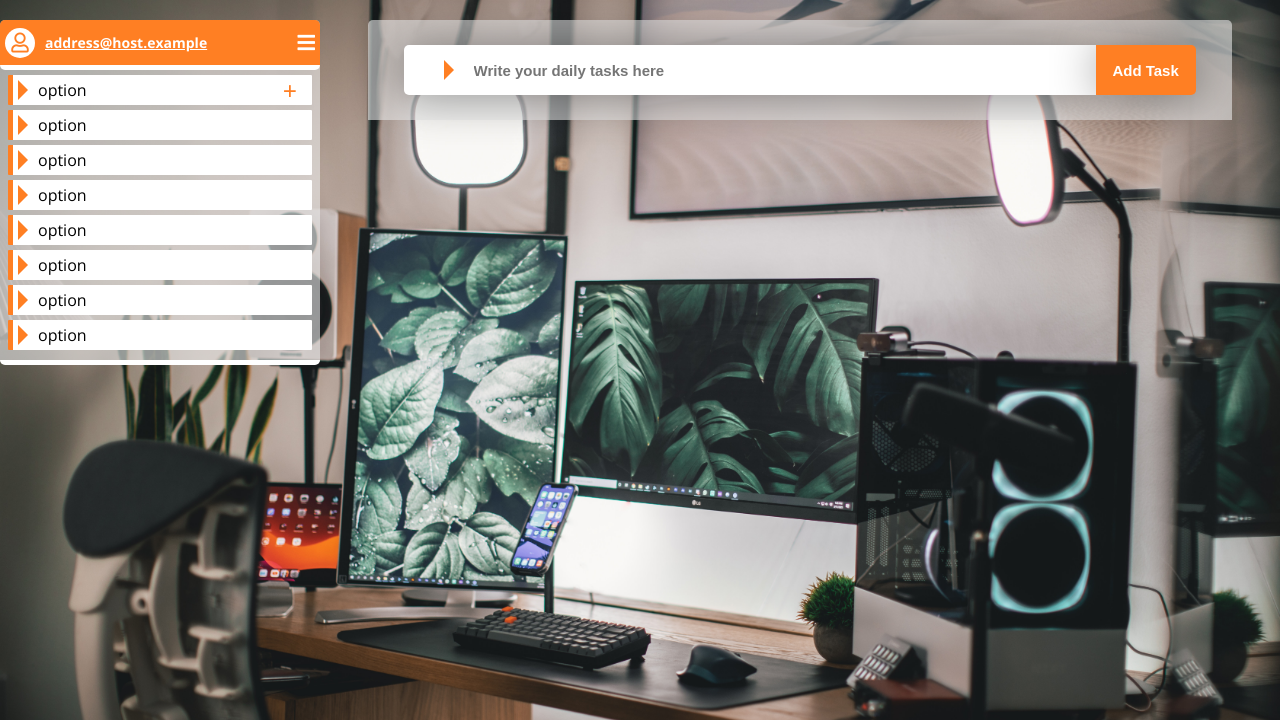
Repository: OmarEssameldinMousa/To-do-list-level01
Page: index.html
The author's editor kept a copy of each file at every save. The page is drawn from the files as they stood at one save, then again after the next save.
The browser window is 1280 px wide. The pictures show the whole page.

Above is the page before, as saved 2023-08-10 00:31:54.

After the next save:
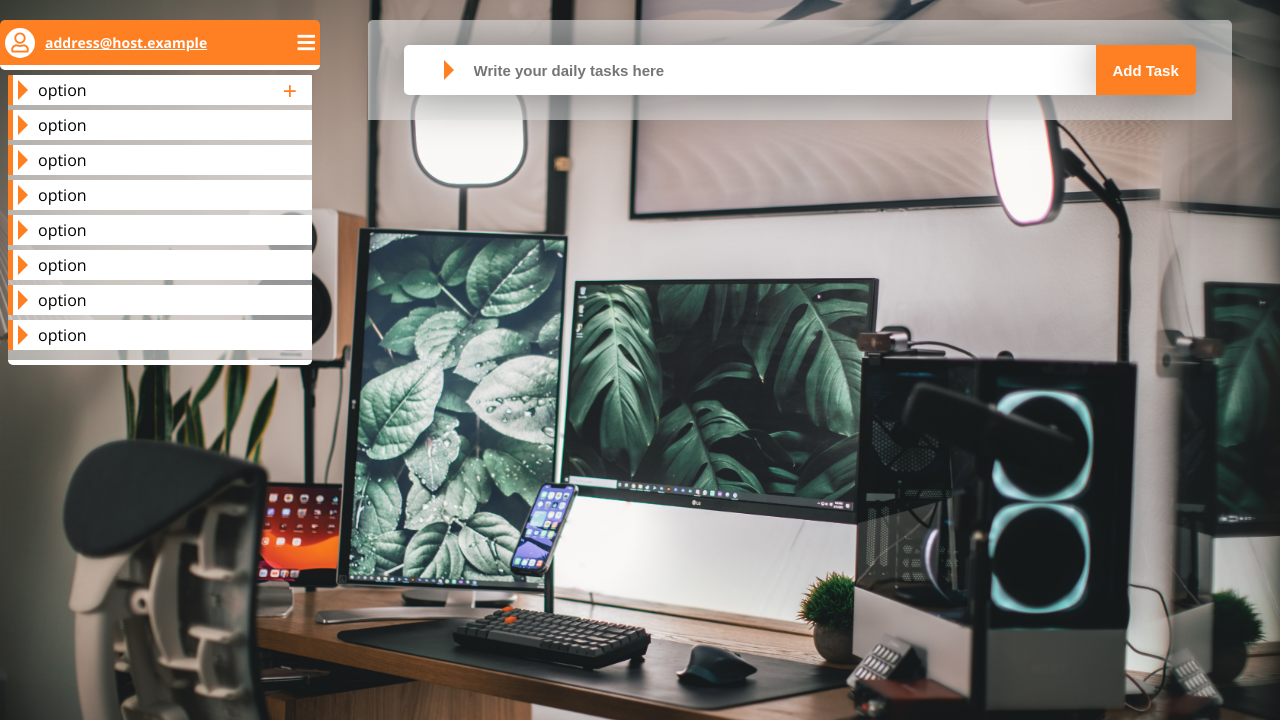
Saved 42 s later.
--- a/main.css
+++ b/main.css
@@ -44,9 +44,7 @@ ul {
 .nav .navigation {
     height: 100%;
     width: 100%;
-    background: var(--main-color);
-    border-radius: 5px;
-    border-bottom: 5px solid white;
+
     position: relative;
 }
 
@@ -90,6 +88,9 @@ ul {
     padding-bottom: 5px;
     position: relative;
     top: 0;
+    background: var(--main-color);
+    border-radius: 5px;
+    border-bottom: 5px solid white;
     transition: display 0.3s ease-in-out;
 }
 
